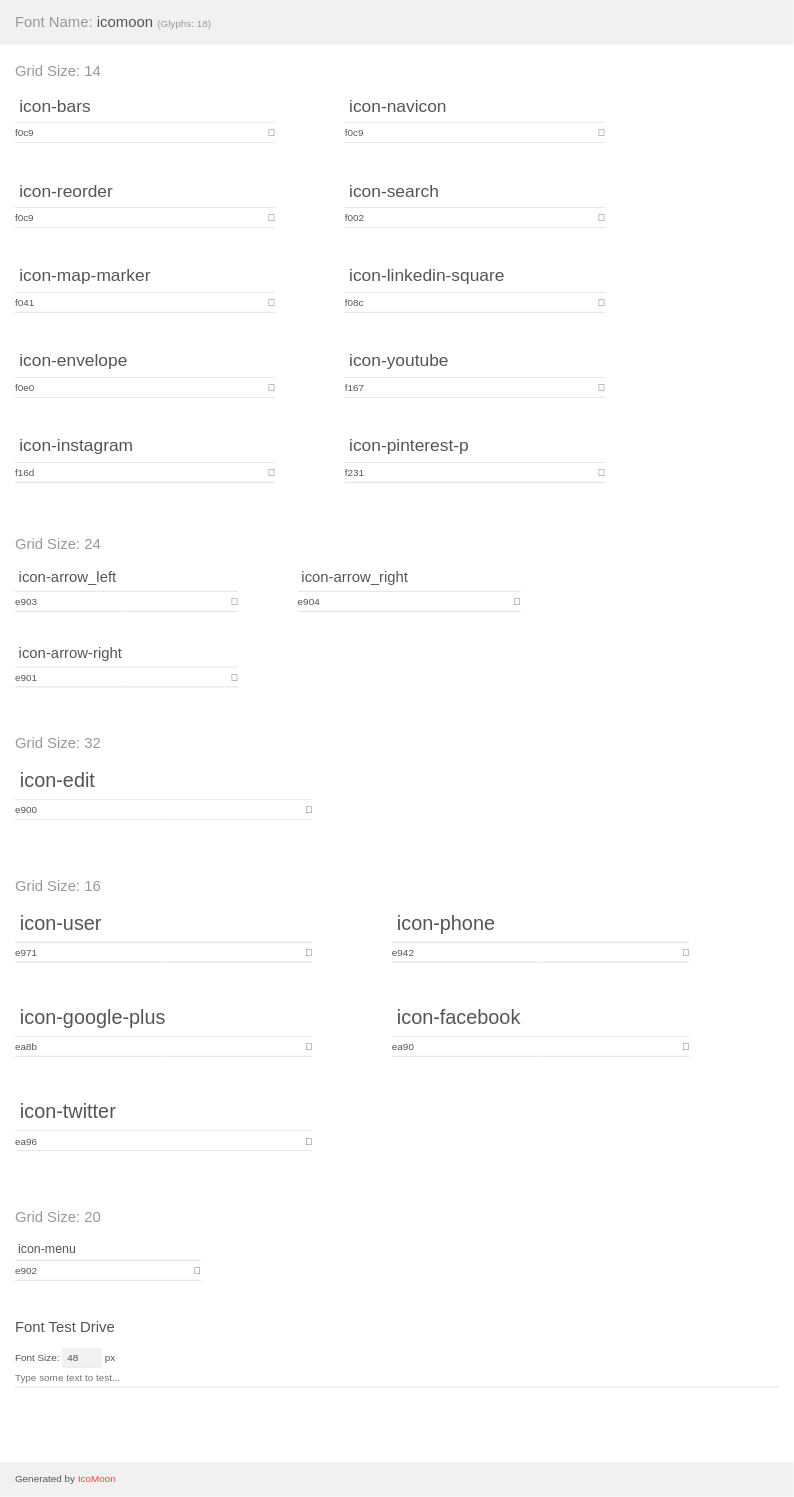
Repository: Hermesmercury88/Plotfolio
Page: fonts/icomoon/demo.html
The author's editor kept a copy of each file at every save. The page is drawn from the files as they stood at one save, then again after a run of saves.
The browser window is 1280 px wide. The pictures show the whole page, at 62% of full size.
Some icons come from a web library that is not loaded, so they are not drawn.

Above is the page before, as saved 2025-01-19 19:38:46.

After the next 3 saves:
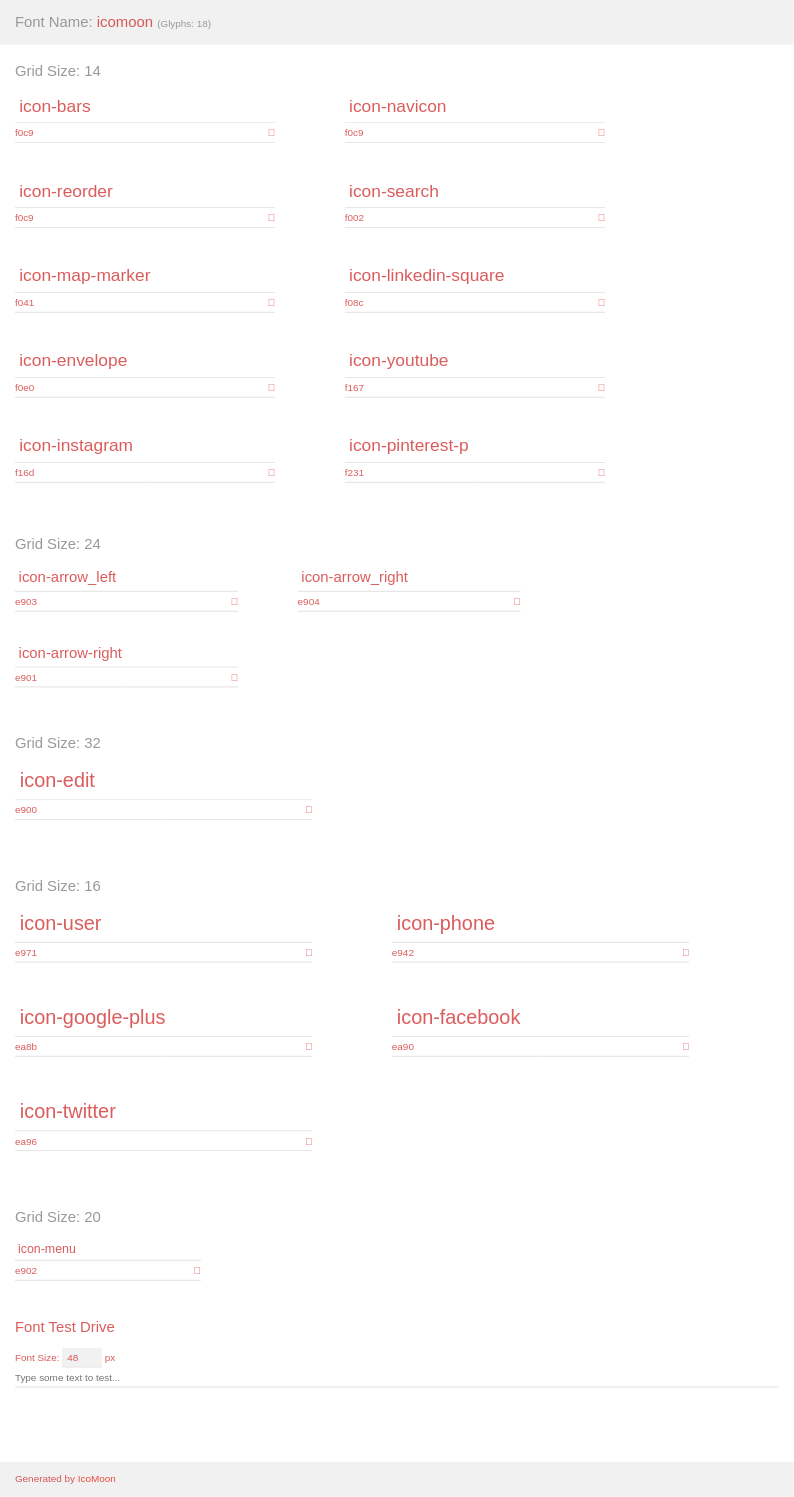
The 3 saves are shown as one change because they came seconds apart.
The last was saved 61 min 56 s later.
--- a/fonts/icomoon/demo-files/demo.css
+++ b/fonts/icomoon/demo-files/demo.css
@@ -4,7 +4,7 @@ body {
   font-family: sans-serif;
   font-size: 1em;
   line-height: 1.5;
-  color: #555;
+  color: #ca0c0cab;
   background: #fff;
 }
 h1 {
